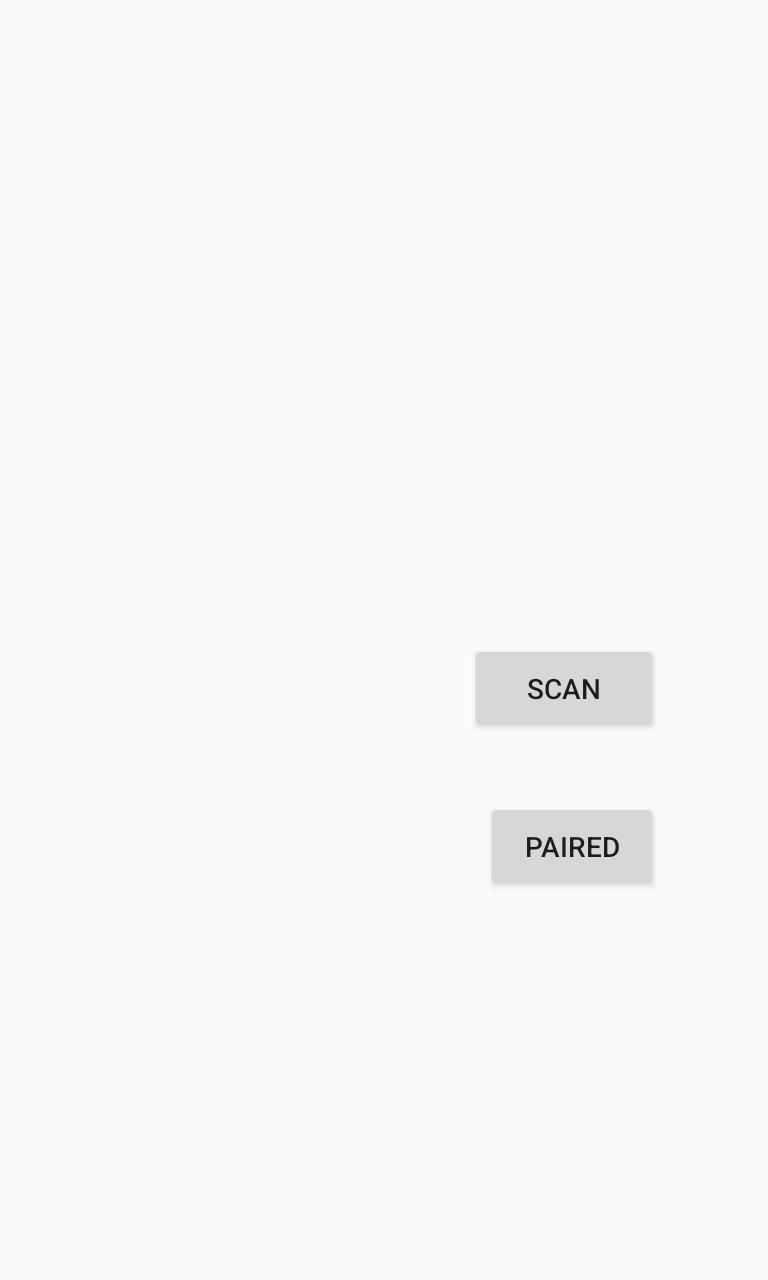
Repository: requiem3/Bluetooth_App
Layout: Bluetooth_App/res/layout/activity_bluetooth__app.xml
An editor plug-in stored every save of this project. The layout is shown before and after the next save, followed by the edit.
It is drawn on a 768 x 1280 px phone screen (xhdpi) without system bars, with theme AppTheme; the app's code is not run. Lists and similar views that code fills are empty.

Above is the layout before, as saved 2015-02-08 19:10:14.

### Bluetooth_App/res/layout/activity_bluetooth__app.xml
<RelativeLayout xmlns:android="http://schemas.android.com/apk/res/android"
    xmlns:tools="http://schemas.android.com/tools"
    android:layout_width="match_parent"
    android:layout_height="match_parent"
    android:paddingBottom="@dimen/activity_vertical_margin"
    android:paddingLeft="@dimen/activity_horizontal_margin"
    android:paddingRight="@dimen/activity_horizontal_margin"
    android:paddingTop="@dimen/activity_vertical_margin"
    tools:context="com.example.bluetooth_app.Bluetooth_App" >

    <Button
        android:id="@+id/scanButton"
        android:layout_width="96dp"
        android:layout_height="wrap_content"
        android:layout_alignParentRight="true"
        android:layout_alignTop="@+id/deviceList"
        android:layout_marginRight="38dp"
        android:text="Scan" />

    <ListView
        android:id="@+id/deviceList"
        android:layout_width="96dp"
        android:layout_height="wrap_content"
        android:layout_alignParentLeft="true"
        android:layout_centerVertical="true"
        android:layout_marginLeft="21dp" >
    </ListView>

    <Button
        android:id="@+id/pairedButton"
        android:layout_width="wrap_content"
        android:layout_height="wrap_content"
        android:layout_alignRight="@+id/scanButton"
        android:layout_below="@+id/scanButton"
        android:layout_marginTop="31dp"
        android:text="Paired" />

</RelativeLayout>

Loaded but not shown: Bluetooth_App/res/values/styles.xml (common file); Bluetooth_App/res/values-v11/styles.xml (common file); Bluetooth_App/res/values-v14/styles.xml (common file); Bluetooth_App/res/values/dimens.xml (common file); Bluetooth_App/res/values-w820dp/dimens.xml (common file)

After the next save:
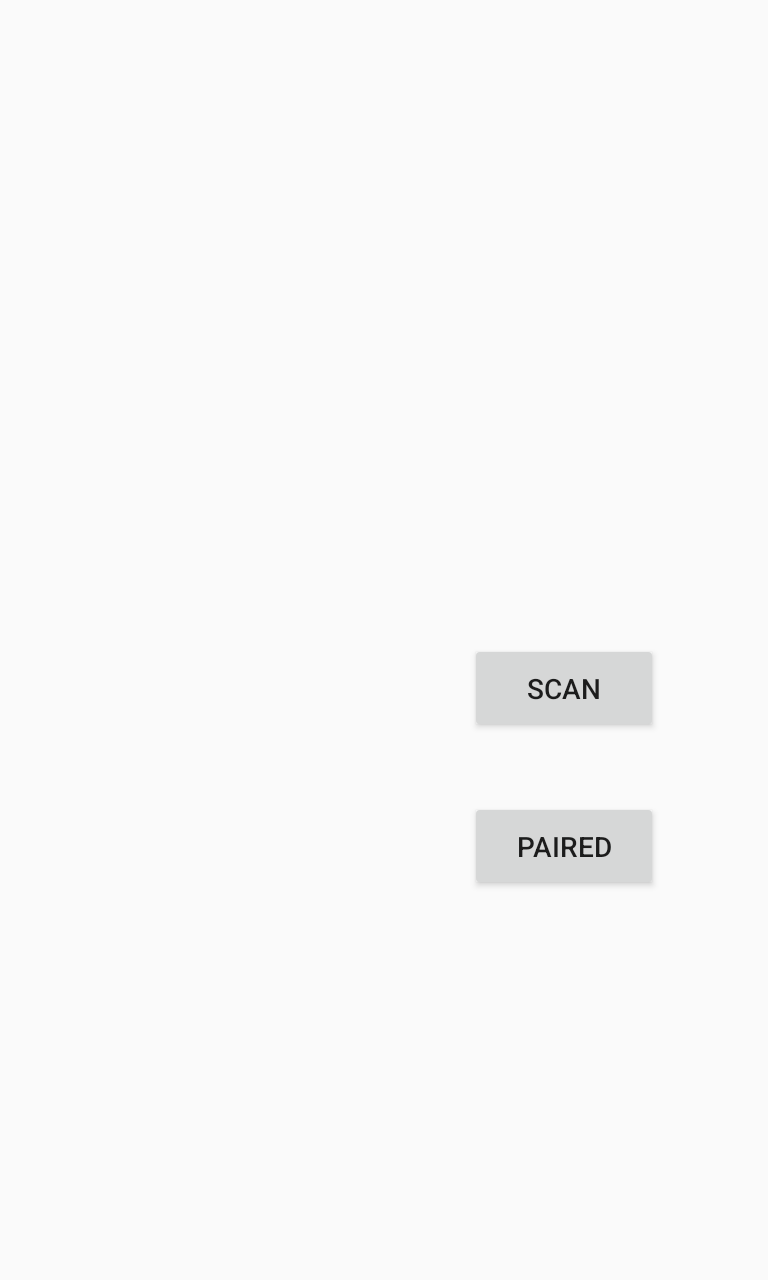
Saved 9 min 37 s later.
--- a/Bluetooth_App/res/layout/activity_bluetooth__app.xml
+++ b/Bluetooth_App/res/layout/activity_bluetooth__app.xml
@@ -28,7 +28,7 @@
 
     <Button
         android:id="@+id/pairedButton"
-        android:layout_width="wrap_content"
+        android:layout_width="96dp"
         android:layout_height="wrap_content"
         android:layout_alignRight="@+id/scanButton"
         android:layout_below="@+id/scanButton"
